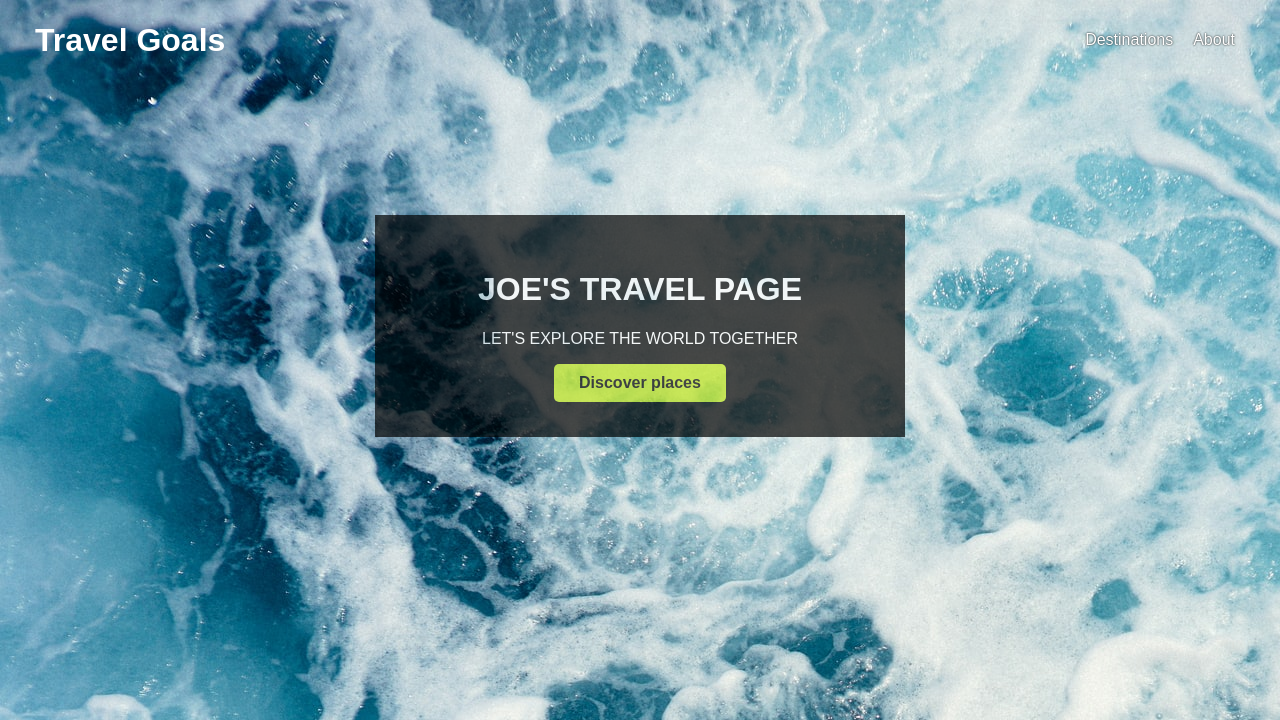
Repository: Harjot00/Wevdev
Page: Travel/index.html
These files come from the project's save history. The page is drawn as it stood at one moment and after the next save; the edit follows.
The browser window is 1280 px wide. The pictures show the whole page.

Above is the page before, as saved 2022-05-07 02:36:05.

### Travel/index.html
<!DOCTYPE html>
<html lang="en">
<head>
    <meta charset="UTF-8">
    <meta http-equiv="X-UA-Compatible" content="IE=edge">
    <meta name="viewport" content="width=device-width, initial-scale=1.0">
    <title>Travel Goals</title>
    <link rel="stylesheet" href="style.css">

</head>
<body>
    <header>
        <nav>
            <a href="index.html">Travel Goals</a>
            <ul>
                <li><a href="#"> Destinations</a></li>
                <li><a href="#">About</a></li>
            </ul>
        </nav>
    </header>
    <main>
        <div id="centercontent">
            <h1>JOE'S TRAVEL PAGE</h1>
            <p>LET'S EXPLORE THE WORLD TOGETHER</p>
            <a href="#"> Discover places</a>
        </div>
    </main>
    <footer></footer>
</body>
</html>

### Travel/style.css
body{
    font-family:"Quicksand",sans-serif;
    margin: 0;
    background-image: url(background.jpg);
}
nav{
    margin:15px 35px 25px 35px;
    display:flex;
    align-items: center;
    flex-wrap: wrap;
    flex-direction: row;
    justify-content: space-between;
}

ul {
    list-style: none;
    display:flex;
    justify-content: space-between;
}
nav >a{

    text-decoration: none;
    font-size:32px;
    font-weight: bold;
    color:white;


}
li a{
    margin:0px 10px 0px 10px;
    text-decoration: none;
    color: white;
    text-shadow: black 0px 0px 2px;
}
#centercontent{
    padding:35px 15px 35px 15px;
    text-align: center;
    margin:150px auto;
    background-color:black ;
    opacity:0.7;
    color:white;
    width:500px;

}
div > a{
    background-color:rgb(188, 228, 28);
    text-decoration: none;
    padding:10px 25px 10px 25px;
    display:inline-block;
    color:black;
    font-weight:bold;
    border-radius:5px;

}

After the next save:
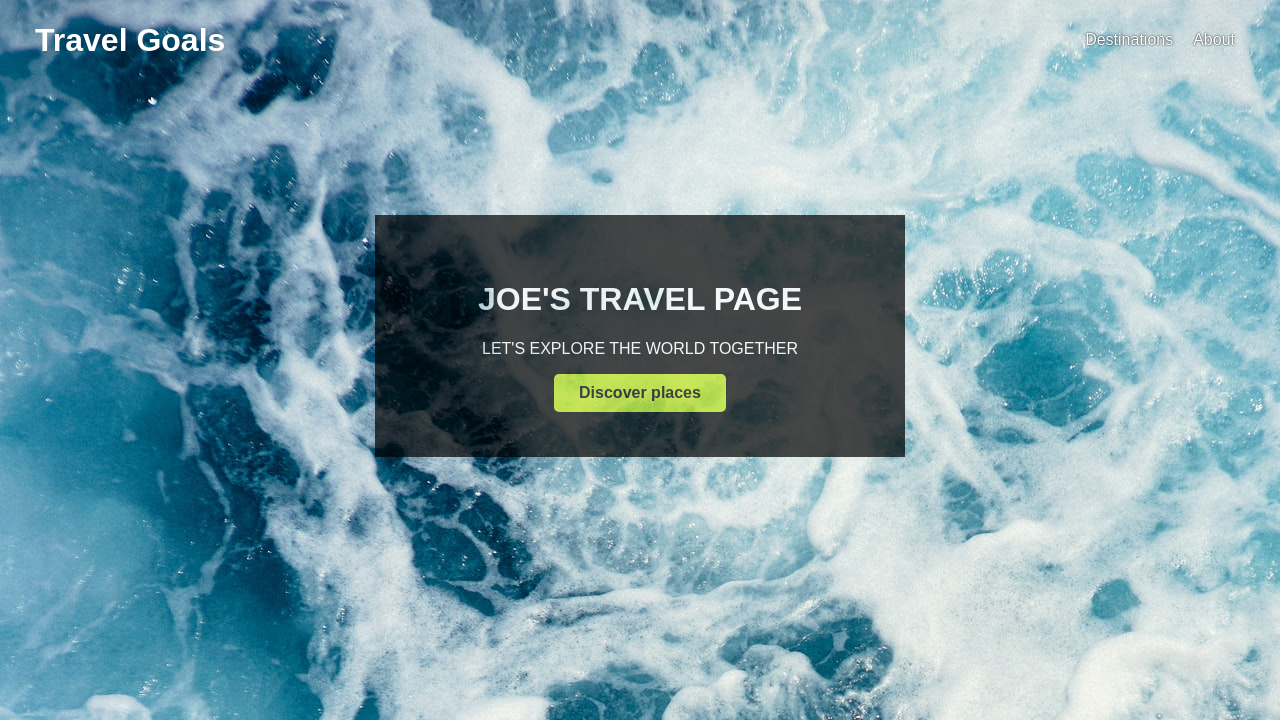
Saved 9 s later.
--- a/Travel/style.css
+++ b/Travel/style.css
@@ -33,7 +33,7 @@ li a{
     text-shadow: black 0px 0px 2px;
 }
 #centercontent{
-    padding:35px 15px 35px 15px;
+    padding:45px 15px 45px 15px;
     text-align: center;
     margin:150px auto;
     background-color:black ;
